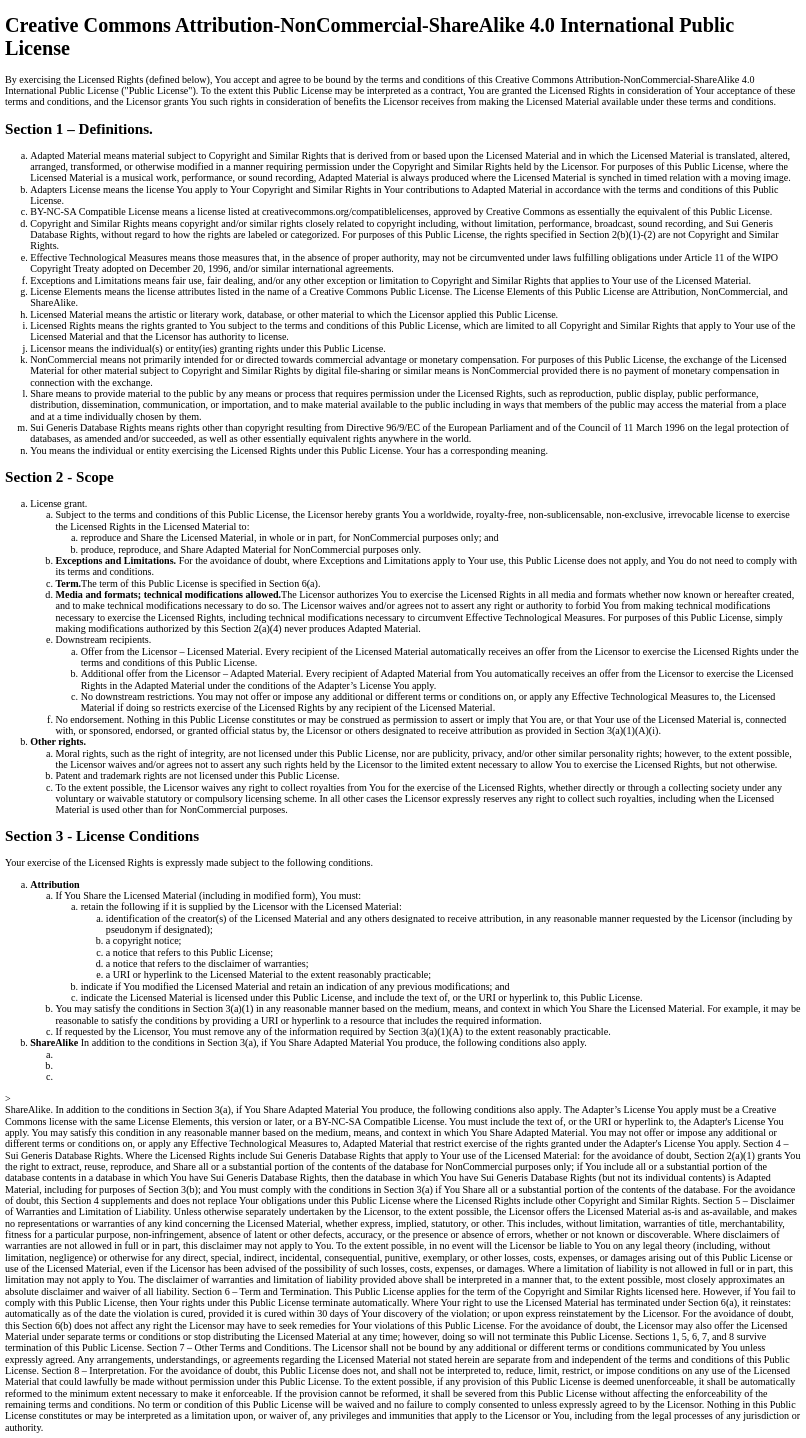
Repository: Team-Ikigami/Ascendance
Page: LICENSE-CC BY-NC-SA.html
An editor plug-in stored every save of this project. The page is shown before and after the next save, followed by the edit.
The browser window is 1280 px wide. The pictures show the whole page, at 63% of full size.

Above is the page before, as saved 2021-12-12 01:51:54.

### LICENSE-CC BY-NC-SA.html
<!DOCTYPE html>
<html lang="en">
<head>
	<meta charset="UTF-8">
	<meta http-equiv="X-UA-Compatible" content="IE=edge">
	<meta name="viewport" content="width=device-width, initial-scale=1.0">
	<title>LICENSE-CC BY-NC-SA</title>
	<style type="text/css">
		ol { list-style-type: lower-alpha; }
		#center { text-align: center; }
	</style>
</head>
<body>
	<h1 class="center">Creative Commons Attribution-NonCommercial-ShareAlike 4.0 International Public License</h1>
	<p>
		By exercising the Licensed Rights (defined below), You accept and agree to be bound by the terms and conditions of this Creative Commons Attribution-NonCommercial-ShareAlike 4.0 International Public License ("Public License"). To the extent this Public License may be interpreted as a contract, You are granted the Licensed Rights in consideration of Your acceptance of these terms and conditions, and the Licensor grants You such rights in consideration of benefits the Licensor receives from making the Licensed Material available under these terms and conditions.
	</p>
	<h2 class="center">Section 1 – Definitions.</h2>
	<ol>
		<li>Adapted Material means material subject to Copyright and Similar Rights that is derived from or based upon the Licensed Material and in which the Licensed Material is translated, altered, arranged, transformed, or otherwise modified in a manner requiring permission under the Copyright and Similar Rights held by the Licensor. For purposes of this Public License, where the Licensed Material is a musical work, performance, or sound recording, Adapted Material is always produced where the Licensed Material is synched in timed relation with a moving image.</li>
		<li>Adapters License means the license You apply to Your Copyright and Similar Rights in Your contributions to Adapted Material in accordance with the terms and conditions of this Public License.</li>
		<li>BY-NC-SA Compatible License means a license listed at creativecommons.org/compatiblelicenses, approved by Creative Commons as essentially the equivalent of this Public License.</li>
		<li>Copyright and Similar Rights means copyright and/or similar rights closely related to copyright including, without limitation, performance, broadcast, sound recording, and Sui Generis Database Rights, without regard to how the rights are labeled or categorized. For purposes of this Public License, the rights specified in Section 2(b)(1)-(2) are not Copyright and Similar Rights.</li>
		<li>Effective Technological Measures means those measures that, in the absence of proper authority, may not be circumvented under laws fulfilling obligations under Article 11 of the WIPO Copyright Treaty adopted on December 20, 1996, and/or similar international agreements.</li>
		<li>Exceptions and Limitations means fair use, fair dealing, and/or any other exception or limitation to Copyright and Similar Rights that applies to Your use of the Licensed Material.</li>
		<li>License Elements means the license attributes listed in the name of a Creative Commons Public License. The License Elements of this Public License are Attribution, NonCommercial, and ShareAlike.</li>
		<li>Licensed Material means the artistic or literary work, database, or other material to which the Licensor applied this Public License.</li>
		<li>Licensed Rights means the rights granted to You subject to the terms and conditions of this Public License, which are limited to all Copyright and Similar Rights that apply to Your use of the Licensed Material and that the Licensor has authority to license.</li>
		<li>Licensor means the individual(s) or entity(ies) granting rights under this Public License.</li>
		<li>NonCommercial means not primarily intended for or directed towards commercial advantage or monetary compensation. For purposes of this Public License, the exchange of the Licensed Material for other material subject to Copyright and Similar Rights by digital file-sharing or similar means is NonCommercial provided there is no payment of monetary compensation in connection with the exchange.</li>
		<li>Share means to provide material to the public by any means or process that requires permission under the Licensed Rights, such as reproduction, public display, public performance, distribution, dissemination, communication, or importation, and to make material available to the public including in ways that members of the public may access the material from a place and at a time individually chosen by them.</li>
		<li>Sui Generis Database Rights means rights other than copyright resulting from Directive 96/9/EC of the European Parliament and of the Council of 11 March 1996 on the legal protection of databases, as amended and/or succeeded, as well as other essentially equivalent rights anywhere in the world.</li>
		<li>You means the individual or entity exercising the Licensed Rights under this Public License. Your has a corresponding meaning.</li>
	</ol>
	<h2>Section 2 - Scope</h2>
	<ol>
		<li>License grant.
			<ol>
				<li>Subject to the terms and conditions of this Public License, the Licensor hereby grants You a worldwide, royalty-free, non-sublicensable, non-exclusive, irrevocable license to exercise the Licensed Rights in the Licensed Material to:
					<ol>
						<li>reproduce and Share the Licensed Material, in whole or in part, for NonCommercial purposes only; and</li>
						<li>produce, reproduce, and Share Adapted Material for NonCommercial purposes only.</li>
					</ol>
				</li>
				<li><b>Exceptions and Limitations.</b> For the avoidance of doubt, where Exceptions and Limitations apply to Your use, this Public License does not apply, and You do not need to comply with its terms and conditions.</li>
				<li><b>Term.</b>The term of this Public License is specified in Section 6(a).</li>
				<li><b>Media and formats; technical modifications allowed.</b>The Licensor authorizes You to exercise the Licensed Rights in all media and formats whether now known or hereafter created, and to make technical modifications necessary to do so. The Licensor waives and/or agrees not to assert any right or authority to forbid You from making technical modifications necessary to exercise the Licensed Rights, including technical modifications necessary to circumvent Effective Technological Measures. For purposes of this Public License, simply making modifications authorized by this Section 2(a)(4) never produces Adapted Material.</li>
				<li>Downstream recipients.
					<ol>
						<li>Offer from the Licensor – Licensed Material. Every recipient of the Licensed Material automatically receives an offer from the Licensor to exercise the Licensed Rights under the terms and conditions of this Public License.</li>
						<li>Additional offer from the Licensor – Adapted Material. Every recipient of Adapted Material from You automatically receives an offer from the Licensor to exercise the Licensed Rights in the Adapted Material under the conditions of the Adapter’s License You apply.</li>
						<li>No downstream restrictions. You may not offer or impose any additional or different terms or conditions on, or apply any Effective Technological Measures to, the Licensed Material if doing so restricts exercise of the Licensed Rights by any recipient of the Licensed Material.</li>
					</ol>
				</li>
				<li>No endorsement. Nothing in this Public License constitutes or may be construed as permission to assert or imply that You are, or that Your use of the Licensed Material is, connected with, or sponsored, endorsed, or granted official status by, the Licensor or others designated to receive attribution as provided in Section 3(a)(1)(A)(i).</li>
			</ol>
		</li>
		<li><b>Other rights.</b>
			<ol>
				<li>Moral rights, such as the right of integrity, are not licensed under this Public License, nor are publicity, privacy, and/or other similar personality rights; however, to the extent possible, the Licensor waives and/or agrees not to assert any such rights held by the Licensor to the limited extent necessary to allow You to exercise the Licensed Rights, but not otherwise.</li>
				<li>Patent and trademark rights are not licensed under this Public License.</li>
				<li>To the extent possible, the Licensor waives any right to collect royalties from You for the exercise of the Licensed Rights, whether directly or through a collecting society under any voluntary or waivable statutory or compulsory licensing scheme. In all other cases the Licensor expressly reserves any right to collect such royalties, including when the Licensed Material is used other than for NonCommercial purposes.</li>
			</ol>
		</li>
	</ol>
	<div>
		<h2>Section 3 - License Conditions</h2>
		Your exercise of the Licensed Rights is expressly made subject to the following conditions.
		<ol>
			<li><b>Attribution</b>
				<ol>
					<li>If You Share the Licensed Material (including in modified form), You must:
						<ol>
							<li>retain the following if it is supplied by the Licensor with the Licensed Material:
								<ol>
									<li>identification of the creator(s) of the Licensed Material and any others designated to receive attribution, in any reasonable manner requested by the Licensor (including by pseudonym if designated);</li>
									<li>a copyright notice;</li>
									<li>a notice that refers to this Public License;</li>
									<li>a notice that refers to the disclaimer of warranties;</li>
									<li>a URI or hyperlink to the Licensed Material to the extent reasonably practicable;</li>
								</ol>
							</li>
							<li>indicate if You modified the Licensed Material and retain an indication of any previous modifications; and</li>
							<li>indicate the Licensed Material is licensed under this Public License, and include the text of, or the URI or hyperlink to, this Public License.</li>
						</ol>
					</li>
					<li>You may satisfy the conditions in Section 3(a)(1) in any reasonable manner based on the medium, means, and context in which You Share the Licensed Material. For example, it may be reasonable to satisfy the conditions by providing a URI or hyperlink to a resource that includes the required information.</li>
					<li>If requested by the Licensor, You must remove any of the information required by Section 3(a)(1)(A) to the extent reasonably practicable.</li>
				</ol>
			</li>
			<li><b>ShareAlike</b>

				In addition to the conditions in Section 3(a), if You Share Adapted Material You produce, the following conditions also apply.
				<ol>
					<li></li>
					<li></li>
					<li></li>
				</ol>
			</li>
		</ol>>
	</div>
</body>
</html>


ShareAlike.
In addition to the conditions in Section 3(a), if You Share Adapted Material You produce, the following conditions also apply.

The Adapter’s License You apply must be a Creative Commons license with the same License Elements, this version or later, or a BY-NC-SA Compatible License.
You must include the text of, or the URI or hyperlink to, the Adapter's License You apply. You may satisfy this condition in any reasonable manner based on the medium, means, and context in which You Share Adapted Material.
You may not offer or impose any additional or different terms or conditions on, or apply any Effective Technological Measures to, Adapted Material that restrict exercise of the rights granted under the Adapter's License You apply.
Section 4 – Sui Generis Database Rights.

Where the Licensed Rights include Sui Generis Database Rights that apply to Your use of the Licensed Material:

for the avoidance of doubt, Section 2(a)(1) grants You the right to extract, reuse, reproduce, and Share all or a substantial portion of the contents of the database for NonCommercial purposes only;
if You include all or a substantial portion of the database contents in a database in which You have Sui Generis Database Rights, then the database in which You have Sui Generis Database Rights (but not its individual contents) is Adapted Material, including for purposes of Section 3(b); and
You must comply with the conditions in Section 3(a) if You Share all or a substantial portion of the contents of the database.
For the avoidance of doubt, this Section 4 supplements and does not replace Your obligations under this Public License where the Licensed Rights include other Copyright and Similar Rights.
Section 5 – Disclaimer of Warranties and Limitation of Liability.

Unless otherwise separately undertaken by the Licensor, to the extent possible, the Licensor offers the Licensed Material as-is and as-available, and makes no representations or warranties of any kind concerning the Licensed Material, whether express, implied, statutory, or other. This includes, without limitation, warranties of title, merchantability, fitness for a particular purpose, non-infringement, absence of latent or other defects, accuracy, or the presence or absence of errors, whether or not known or discoverable. Where disclaimers of warranties are not allowed in full or in part, this disclaimer may not apply to You.
To the extent possible, in no event will the Licensor be liable to You on any legal theory (including, without limitation, negligence) or otherwise for any direct, special, indirect, incidental, consequential, punitive, exemplary, or other losses, costs, expenses, or damages arising out of this Public License or use of the Licensed Material, even if the Licensor has been advised of the possibility of such losses, costs, expenses, or damages. Where a limitation of liability is not allowed in full or in part, this limitation may not apply to You.
The disclaimer of warranties and limitation of liability provided above shall be interpreted in a manner that, to the extent possible, most closely approximates an absolute disclaimer and waiver of all liability.
Section 6 – Term and Termination.

This Public License applies for the term of the Copyright and Similar Rights licensed here. However, if You fail to comply with this Public License, then Your rights under this Public License terminate automatically.
Where Your right to use the Licensed Material has terminated under Section 6(a), it reinstates:

automatically as of the date the violation is cured, provided it is cured within 30 days of Your discovery of the violation; or
upon express reinstatement by the Licensor.
For the avoidance of doubt, this Section 6(b) does not affect any right the Licensor may have to seek remedies for Your violations of this Public License.
For the avoidance of doubt, the Licensor may also offer the Licensed Material under separate terms or conditions or stop distributing the Licensed Material at any time; however, doing so will not terminate this Public License.
Sections 1, 5, 6, 7, and 8 survive termination of this Public License.
Section 7 – Other Terms and Conditions.

The Licensor shall not be bound by any additional or different terms or conditions communicated by You unless expressly agreed.
Any arrangements, understandings, or agreements regarding the Licensed Material not stated herein are separate from and independent of the terms and conditions of this Public License.
Section 8 – Interpretation.

For the avoidance of doubt, this Public License does not, and shall not be interpreted to, reduce, limit, restrict, or impose conditions on any use of the Licensed Material that could lawfully be made without permission under this Public License.
To the extent possible, if any provision of this Public License is deemed unenforceable, it shall be automatically reformed to the minimum extent necessary to make it enforceable. If the provision cannot be reformed, it shall be severed from this Public License without affecting the enforceability of the remaining terms and conditions.
No term or condition of this Public License will be waived and no failure to comply consented to unless expressly agreed to by the Licensor.
Nothing in this Public License constitutes or may be interpreted as a limitation upon, or waiver of, any privileges and immunities that apply to the Licensor or You, including from the legal processes of any jurisdiction or authority.

After the next save:
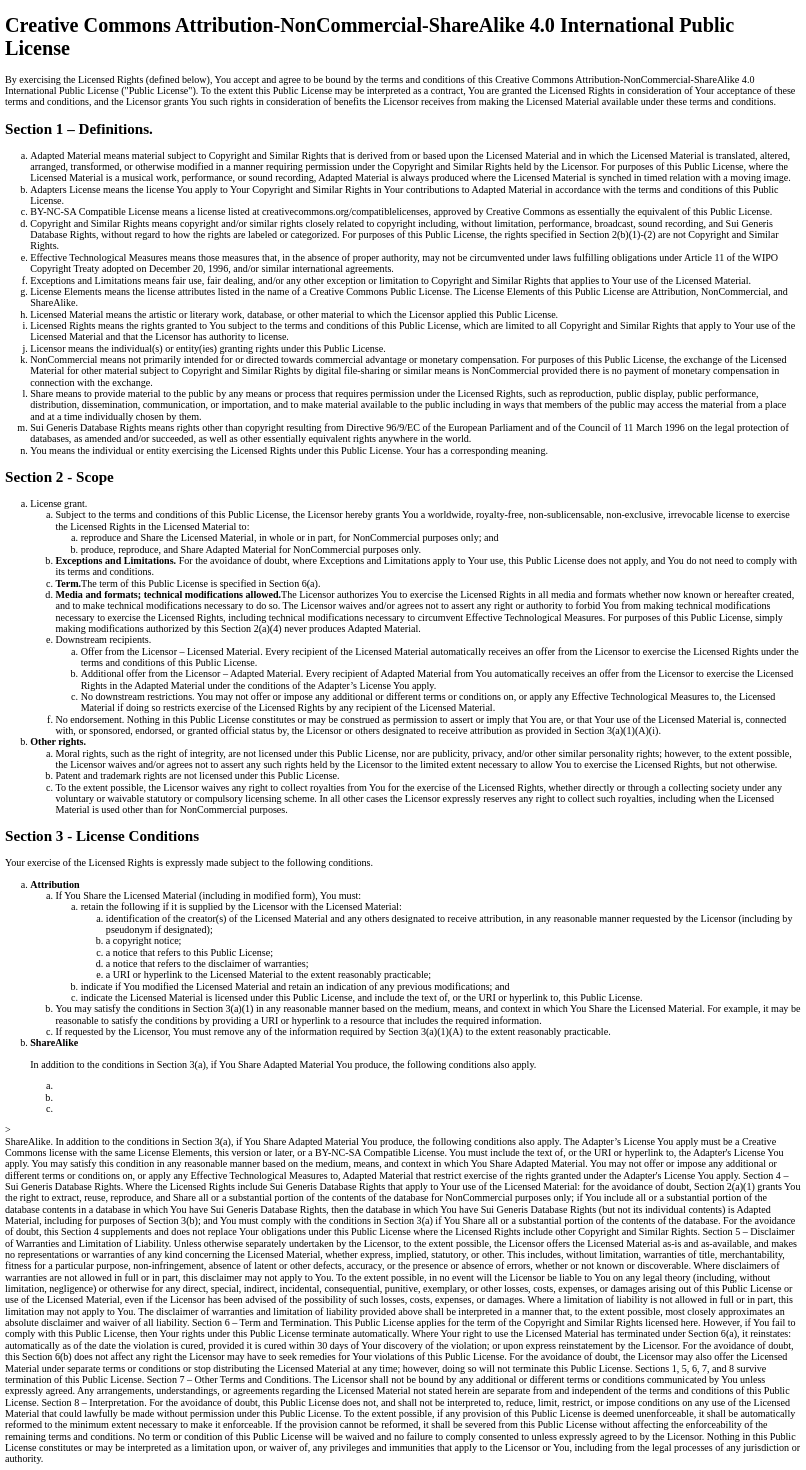
Saved 40 s later.
--- a/LICENSE-CC BY-NC-SA.html
+++ b/LICENSE-CC BY-NC-SA.html
@@ -89,8 +89,7 @@
 				</ol>
 			</li>
 			<li><b>ShareAlike</b>
-
-				In addition to the conditions in Section 3(a), if You Share Adapted Material You produce, the following conditions also apply.
+				<p>In addition to the conditions in Section 3(a), if You Share Adapted Material You produce, the following conditions also apply.</p>
 				<ol>
 					<li></li>
 					<li></li>
